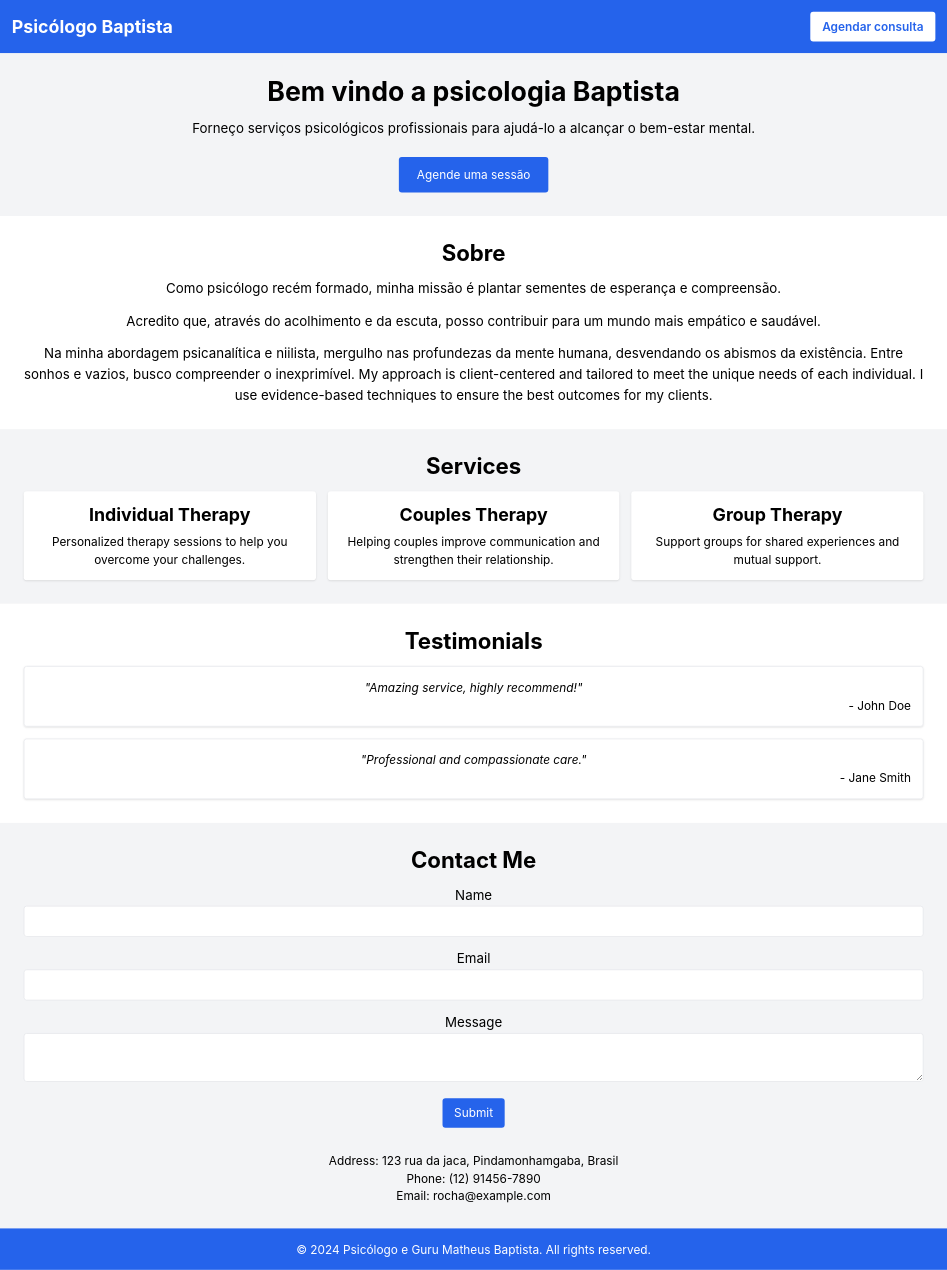
Repository: SrNascimento40/psychologist-portfolio
Page: /
An editor plug-in stored every save of this project. The page is shown before and after the next save, followed by the edit.
The browser window is 1280 px wide. The pictures show the whole page, at 74% of full size.
The project was rebuilt for these pictures with package versions that can differ from the ones it lists, and the page was loaded fresh each time. Also part of the build but not shown: vite.config.ts.

Above is the page before, as saved 2024-07-04 17:35:35.

### index.html
<!doctype html>
<html lang="en">
  <head>
    <meta charset="UTF-8" />
    <link rel="icon" type="image/svg+xml" href="/vite.svg" />
    <meta name="viewport" content="width=device-width, initial-scale=1.0" />
    <title>Psicólogo e Guru Baptista</title>
  </head>
  <body>
    <div id="root"></div>
    <script type="module" src="/src/main.tsx"></script>
  </body>
</html>

### src/App.tsx
import './App.css'
import Header from './Header'
import Hero from './Hero'
import About from './About'
import Services from './Services'
import Testimonials from './Testimonials'
import Contact from './Contact'
import Footer from './Footer'

function App() {

  return (
    <div>
      <Header />
      <main>
          <Hero />
          <About />
          <Services />
          <Testimonials />
          <Contact />
      </main>
      <Footer />
    </div>
  )
}

export default App

### src/index.css
@tailwind base;
@tailwind components;
@tailwind utilities;

:root {
  font-family: Inter, system-ui, Avenir, Helvetica, Arial, sans-serif;

  /* color-scheme: light dark;
  color: rgba(255, 255, 255, 0.87);
  background-color: #242424; */

  /* font-synthesis: none;
  text-rendering: optimizeLegibility;
  -webkit-font-smoothing: antialiased;
  -moz-osx-font-smoothing: grayscale; */
}


/* @media (prefers-color-scheme: light) {
  :root {
    color: #213547;
    background-color: #ffffff;
  }
  a:hover {
    color: #747bff;
  }
  button {
    background-color: #f9f9f9;
  }
} */

### src/App.css
#root {
  margin: 0;
  padding: 0;
  text-align: center;
}

### src/Header.tsx

import './App.css'

export default function Header() {

  return (
    <header className="bg-blue-600 text-white p-4">
      <div className="container mx-auto flex justify-between items-center">
          <div className="text-2xl font-bold">Psicólogo Baptista</div>
          <button className="bg-white font-semibold text-blue-600 px-4 py-2 rounded">Agendar consulta</button>
      </div>
    </header>
  )
}

### src/Hero.tsx
import { useState } from 'react'
import './App.css'

export default function Hero() {
  const [count, setCount] = useState(0)

  return (
    <section id="home" className="bg-gray-100 p-8 text-center">
    <h1 className="text-4xl font-bold mb-4">Bem vindo a psicologia Baptista</h1>
    <p className="text-lg mb-6">Forneço serviços psicológicos profissionais para ajudá-lo a alcançar o bem-estar mental.</p>
    <button className="bg-blue-600 text-white px-6 py-3 rounded">Agende uma sessão</button>
</section>  )
}

### src/About.tsx
import { useState } from 'react'
import './App.css'

export default function About() {
  const [count, setCount] = useState(0)

  return (
    <section id="about" className="bg-white p-8">
      <h2 className="text-3xl font-bold mb-4">Sobre</h2>
      <p className="text-lg mb-4">
        Como psicólogo recém formado, minha missão é plantar sementes de esperança e compreensão.
      </p>
      <p className="text-lg mb-4">
        Acredito que, através do acolhimento e da escuta, posso contribuir para um mundo mais empático e saudável.
      </p>
      <p className="text-lg">
        Na minha abordagem psicanalítica e niilista, mergulho nas profundezas da mente humana, desvendando os abismos da existência. Entre sonhos e vazios, busco compreender o inexprimível.
          My approach is client-centered and tailored to meet the unique needs of each individual. I use evidence-based techniques to ensure the best outcomes for my clients.
      </p>
    </section>
  )
}

### src/Services.tsx
import './App.css'

export default function Services() {
  const services = [
    { title: 'Individual Therapy', description: 'Personalized therapy sessions to help you overcome your challenges.' },
    { title: 'Couples Therapy', description: 'Helping couples improve communication and strengthen their relationship.' },
    { title: 'Group Therapy', description: 'Support groups for shared experiences and mutual support.' },
  ];

  return (
    <section id="services" className="bg-gray-100 p-8">
      <h2 className="text-3xl font-bold mb-4">Services</h2>
      <div className="grid grid-cols-1 md:grid-cols-3 gap-4">
          {services.map((service, index) => (
              <div key={index} className="bg-white p-4 rounded shadow">
                  <h3 className="text-2xl font-bold mb-2">{service.title}</h3>
                  <p>{service.description}</p>
              </div>
          ))}
      </div>
    </section>
  )
}

### src/Testimonials.tsx
import './App.css'

export default function Testimonials() {
  const testimonials = [
    { name: 'John Doe', quote: 'Amazing service, highly recommend!' },
    { name: 'Jane Smith', quote: 'Professional and compassionate care.' },
  ];

  return (
    <section id="testimonials" className="bg-white p-8">
        <h2 className="text-3xl font-bold mb-4">Testimonials</h2>
        <div className="space-y-4">
            {testimonials.map((testimonial, index) => (
                <div key={index} className="border p-4 rounded shadow">
                    <p className="italic">"{testimonial.quote}"</p>
                    <p className="text-right">- {testimonial.name}</p>
                </div>
            ))}
        </div>
    </section>
  )
}

### src/Contact.tsx
import './App.css'

export default function Contact() {
  return (
    <section id="contact" className="bg-gray-100 p-8">
      <h2 className="text-3xl font-bold mb-4">Contact Me</h2>
      <form className="space-y-4">
          <div>
              <label className="block text-lg">Name</label>
              <input type="text" className="w-full p-2 border rounded" />
          </div>
          <div>
              <label className="block text-lg">Email</label>
              <input type="email" className="w-full p-2 border rounded" />
          </div>
          <div>
              <label className="block text-lg">Message</label>
              <textarea className="w-full p-2 border rounded"></textarea>
          </div>
          <button type="submit" className="bg-blue-600 text-white px-4 py-2 rounded">Submit</button>
      </form>
      <div className="mt-8">
          <p>Address: 123 rua da jaca, Pindamonhamgaba, Brasil</p>
          <p>Phone: (12) 91456-7890</p>
          <p>Email: rocha@example.com</p>
      </div>
    </section>
  )
}

### src/Footer.tsx
import './App.css'

export default function Footer() {

  return (
    <footer className="bg-blue-600 text-white p-4 text-center">
        <p>&copy; 2024 Psicólogo e Guru Matheus Baptista. All rights reserved.</p>
    </footer>
  )
}

Loaded but not shown: src/main.tsx (common file); tailwind.config.js (common file)

After the next save:
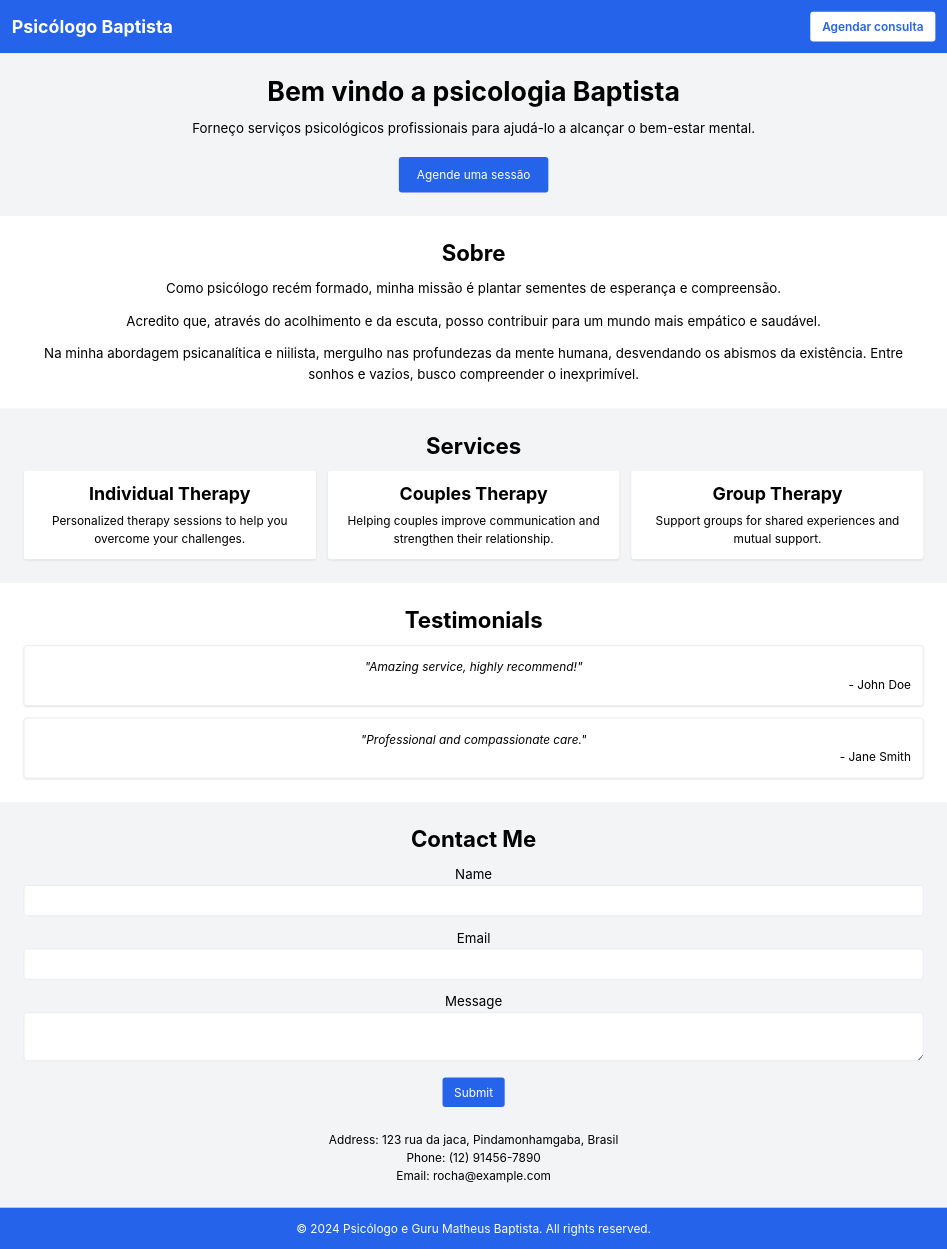
Saved 4 s later.
--- a/src/About.tsx
+++ b/src/About.tsx
@@ -15,7 +15,6 @@ export default function About() {
       </p>
       <p className="text-lg">
         Na minha abordagem psicanalítica e niilista, mergulho nas profundezas da mente humana, desvendando os abismos da existência. Entre sonhos e vazios, busco compreender o inexprimível.
-          My approach is client-centered and tailored to meet the unique needs of each individual. I use evidence-based techniques to ensure the best outcomes for my clients.
       </p>
     </section>
   )
